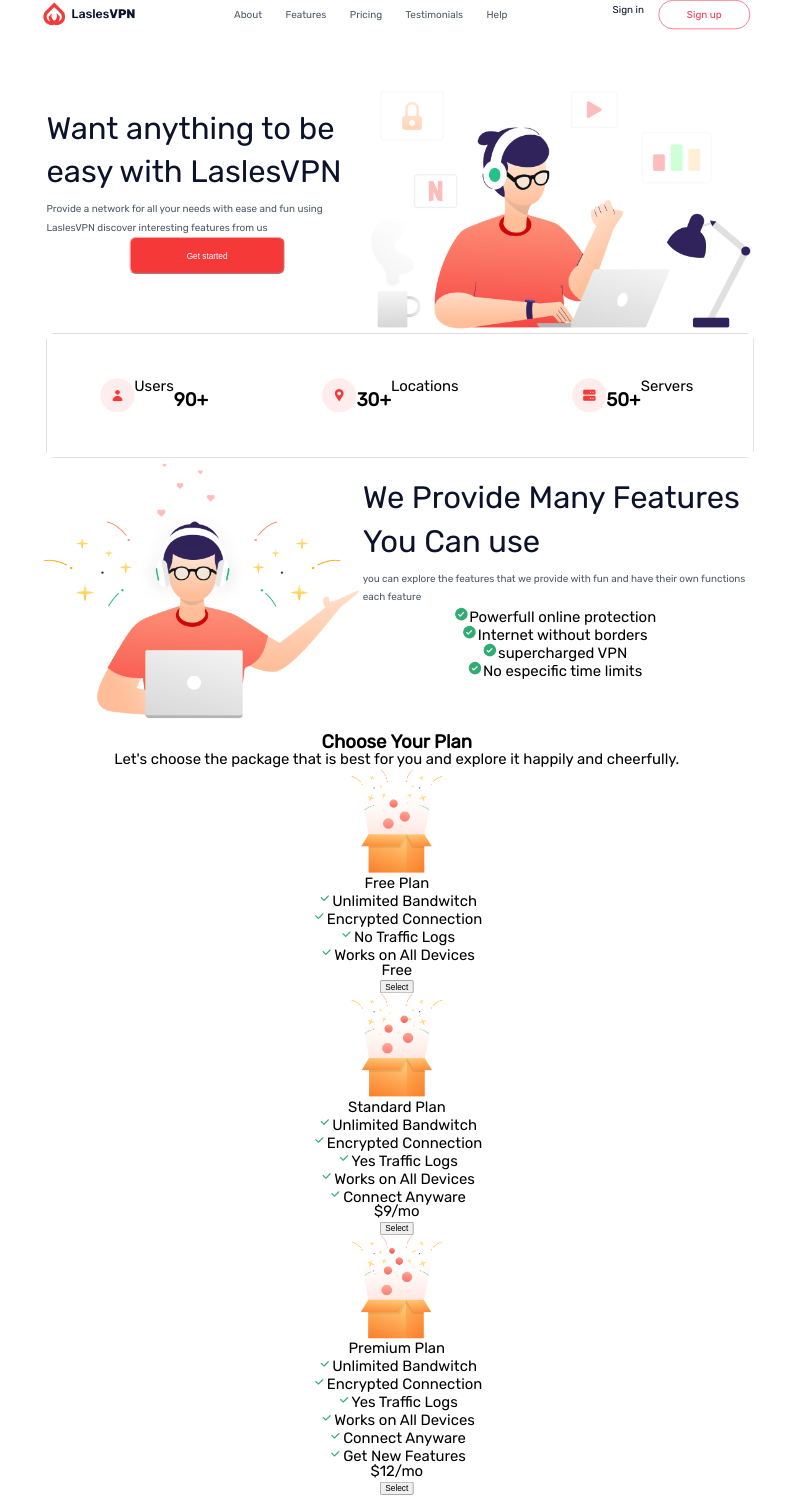
Repository: RaphaelMatheus-br/LP-251123
Page: index.html
These files come from the project's save history. The page is drawn as it stood at one moment and after the next save; the edit follows.
The browser window is 1280 px wide. The pictures show the whole page, at 62% of full size.

Above is the page before, as saved 2023-11-25 16:16:03.

### index.html
<!DOCTYPE html>
<html lang="en">

<head>
    <meta charset="UTF-8">
    <meta name="viewport" content="width=device-width, initial-scale=1.0">
    <title>Document</title>
    <link rel="stylesheet" href="style.css">
    <link rel="preconnect" href="https://fonts.googleapis.com">
<link rel="preconnect" href="https://fonts.gstatic.com" crossorigin>
<link href="https://fonts.googleapis.com/css2?family=Rubik&display=swap" rel="stylesheet">
</head>

<body>

<section class="container">
    <header class="header">
        <div class="logo">
            <img src="./imagens/Logo.png" alt="logo">
        </div>
        <div class="item1">
            <a href="#" class="item">About</a>
	        <a href="#" class="item">Features</a>
	        <a href="#" class="item">Pricing</a>
            <a href="#" class="item">Testimonials</a>
            <a href="#" class="item">Help</a>
        </div>
        <div class="item2">
            <div class="head__botao">
                <button class="botao1">Sign in</a>
            </div>
            <div class="head__botao--2">
                <button class="botao2">Sign up</a>
            </div>
        </div>
    </header>
</section>

<section class="container flex">
    <div class="box1">
        <div class="item">
            <h1 class="sobre__titulo">Want anything to be easy with LaslesVPN</h1>
            <p class="sobre__descricao">Provide a network for all your needs with ease and fun using LaslesVPN discover interesting features from us</p>
            <button class="sobre__botao">Get started</button>
        </div>
        <div class="img">
            <img src="./imagens/Illustration 1.png" alt="ilutracao__1">
        </div>
    </div>
</section>

<section class="container">
    <div class="item">
        <div class="rectangle">
            <div class="icons">
                <div class="user">
                    <img src="./imagens/user.png" alt="user__img">
                    <p class="p__user">Users</p>
                    <h1 class="sobre__user">90+</h1>
                </div>
                <div class="location">
                    <img src="./imagens/location.png" alt="location">
                    <h1 class="sobre__location">30+</h1>
                    <p class="p__location">Locations</p>
                </div>
                <div class="server">
                    <img src="./imagens/Server.png" alt="server">
                    <h1 class="sobre__server">50+</h1>
                    <p class="p__server">Servers</p>
                </div>
            </div>
        </div>
    </div>
</section>

<section class="container flex">
    <div class="box2">
            <div class="img">
                <img src="./imagens/Illustration 2.png" alt="ilutracao__2">
            </div>

            <div class="item">
                <h1 class="sobre__titulo">We Provide Many Features You Can use</h1>
                <p class="sobre__descricao">you can explore the features that we provide with fun and have their own functions each feature</p>
                <ul class="list">
                    <li><img src="./imagens/check.png" alt="check">Powerfull online protection</img></li>
                    <li><img src="./imagens/check.png" alt="check">Internet without borders</img></li>
                    <li><img src="./imagens/check.png" alt="check">supercharged VPN</img></li>
                    <li><img src="./imagens/check.png" alt="check">No especific time limits</img></li>
                </ul>
            </div>
    </div>
</section>

<section class="container flex" class="sessao__tres">
    <div class="item">
        <div class="choose__plan">
            <h1>Choose Your Plan</h1>
            <p>Let's choose the package that is best for you and explore it happily and cheerfully.</p>
        </div>
    </div>
</section>

<section class="container">
    <div class="item">
            <div class="free plan">
                <img src="./imagens/Free.png" alt="free">
                <h3>Free Plan</h3>
                <ul>
                    <li><img src="./imagens/jam_check.png">Unlimited Bandwitch</li>
                    <li><img src="./imagens/jam_check.png">Encrypted Connection</li>
                    <li><img src="./imagens/jam_check.png">No Traffic Logs</li>
                    <li><img src="./imagens/jam_check.png">Works on All Devices</li>
                </ul>
                <h2>Free</h2>
                <button class="price__botao">Select</button>
            </div>

            <div class="Standard plan">
                <img src="./imagens/Standard.png" alt="standard">
                <h3>Standard Plan</h3>
                <ul>
                    <li><img src="./imagens/jam_check.png">Unlimited Bandwitch</li>
                    <li><img src="./imagens/jam_check.png">Encrypted Connection</li>
                    <li><img src="./imagens/jam_check.png">Yes Traffic Logs</li>
                    <li><img src="./imagens/jam_check.png">Works on All Devices</li>
                    <li><img src="./imagens/jam_check.png">Connect Anyware</li>
                </ul>
                <h2>$9/mo</h2>
                <button class="price__botao">Select</button>
            </div>

            <div class="Premium plan">
                <img src="./imagens/Premium.png" alt="premium">
                <h3>Premium Plan</h3>
                <ul>
                    <li><img src="./imagens/jam_check.png">Unlimited Bandwitch</li>
                    <li><img src="./imagens/jam_check.png">Encrypted Connection</li>
                    <li><img src="./imagens/jam_check.png">Yes Traffic Logs</li>
                    <li><img src="./imagens/jam_check.png">Works on All Devices</li>
                    <li><img src="./imagens/jam_check.png">Connect Anyware</li>
                    <li><img src="./imagens/jam_check.png">Get New Features</li>
                </ul>
                <h2>$12/mo</h2>
                <button class="price__botao">Select</button>
            </div>
    </div>
</section>

</body>
</html>

### style.css
html, body, div, span, applet, object, iframe,
h1, h2, h3, h4, h5, h6, p, blockquote, pre,
a, abbr, acronym, address, big, cite, code,
del, dfn, em, img, ins, kbd, q, s, samp,
small, strike, strong, sub, sup, tt, var,
b, u, i, center,
dl, dt, dd, ol, ul, li,
fieldset, form, label, legend,
table, caption, tbody, tfoot, thead, tr, th, td,
article, aside, canvas, details, embed,
figure, figcaption, footer, header, hgroup,
menu, nav, output, ruby, section, summary,
time, mark, audio, video {
	margin: 0;
	padding: 0;
	border: 0;
	font-size: 100%;
	font: inherit;
	vertical-align: baseline;
    background: white;
}
/* HTML5 display-role reset for older browsers */
article, aside, details, figcaption, figure,
footer, header, hgroup, menu, nav, section {
	display: block;
}
body {
	line-height: 1;
}

ol, ul {
	list-style: none;
}
blockquote, q {
	quotes: none;
}
blockquote:before, blockquote:after,
q:before, q:after {
	content: '';
	content: none;
}
table {
	border-collapse: collapse;
	border-spacing: 0;
}

.container {
    max-width: 1140px;
    margin: 0 auto;
    position: relative;
}

.header {
    display: flex;
    justify-content: space-between;
    align-items: center;
    width: 100%;
}
/* Flex Item */
.item {
	margin: 5px;
	text-align: center;
	font-size: 1.5em;
    font-family: Rubik;
}

.item1 {
    display:flex;
    align-items: center;
    justify-content: space-between;
    max-width: 451px;
    width: 100%;
}

.item1 a{
    color: #4F5665;
    font-family: Rubik;
    font-size: 16px;
    font-style: normal;
    font-weight: 400;
    line-height: normal;
    text-decoration: none;
}

.item2 {
display: flex;
justify-content: space-between;
max-width: 233px;
width: 100%;
}

.botao1 {
    color: #0B132A;
    font-family: Rubik;
    font-size: 16px;
    font-style: normal;
    font-weight: 500;
    line-height: normal;
    background-color: transparent;
    border: none;
}

.botao2{
    color: #F53855;
    font-family: Rubik;
    font-size: 16px;
    font-style: normal;
    font-weight: 500;
    line-height: normal;
    padding: 13px 45px;
    border-radius: 50px;
    border: 1px solid #F53855;
    background-color: transparent;
}

.head__botao {
    margin: 5px;
	text-align: center;
	font-size: 0.8em;
    font-weight: 700;
}

.head__botao a {
    color: #4F5665;
    font-family: Rubik;
    font-size: 16px;
    font-style: normal;
    font-weight: 400;
    line-height: normal;
    text-decoration: none;
}

h1 {
	text-align: center;
	margin: 20px 0 0 0;
	font-size: 1.25em;
	font-weight: 700;
}

.box1 {
    display: flex;
    margin-top: 100px;
}

.box2 {
    display: flex;
}

.sobre__titulo {
    font-weight: 700;
    color: #0B132A;
    font-family: Rubik;
    font-size: 50px;
    font-style: normal;
    font-weight: 500;
    line-height: 70px;
    text-align: left;
}

.sobre__descricao {
    color: #4F5665;
    font-family: Rubik;
    font-size: 16px;
    font-style: normal;
    font-weight: 400;
    line-height: 30px; /* 187.5% */
    text-align: left;
    margin-top: 10px;
}

.sobre__botao {
width: 250px;
height: 60px;
flex-shrink: 0;
border-radius: 10px;
border-color: rgba(255, 193, 193, 0.842);
background: #F53838;
color: white;
}

.rectangle {
display: flex;
width: 1140px;
height: 200px;
flex-shrink: 0;
border-radius: 10px;
background: gray;
border-color: white;
justify-content: space-between;
}

.icons {
width: 100%;
height: 100%;
flex-shrink: 0;
display: flex;
align-items: center;
position: absolute;
max-width: 100%;
justify-content: space-around;
background-color: none;
}

.user {
display: flex;;
margin-right: 20px;
margin-left: 10px;
}

.location {
display: flex;;
margin-right: 20px;
margin-left: 10px;
}

.server {
display: flex;;
margin-right: 20px;
margin-left: 10px;
}

.item__dois {
    flex-direction: row-reverse;
}

.sessao__tres{
    background-color: grey;
    align-content: center;
    padding-top: 50px;
}

.box3 {
    display: flex;
    background-color: red;
}

After the next save:
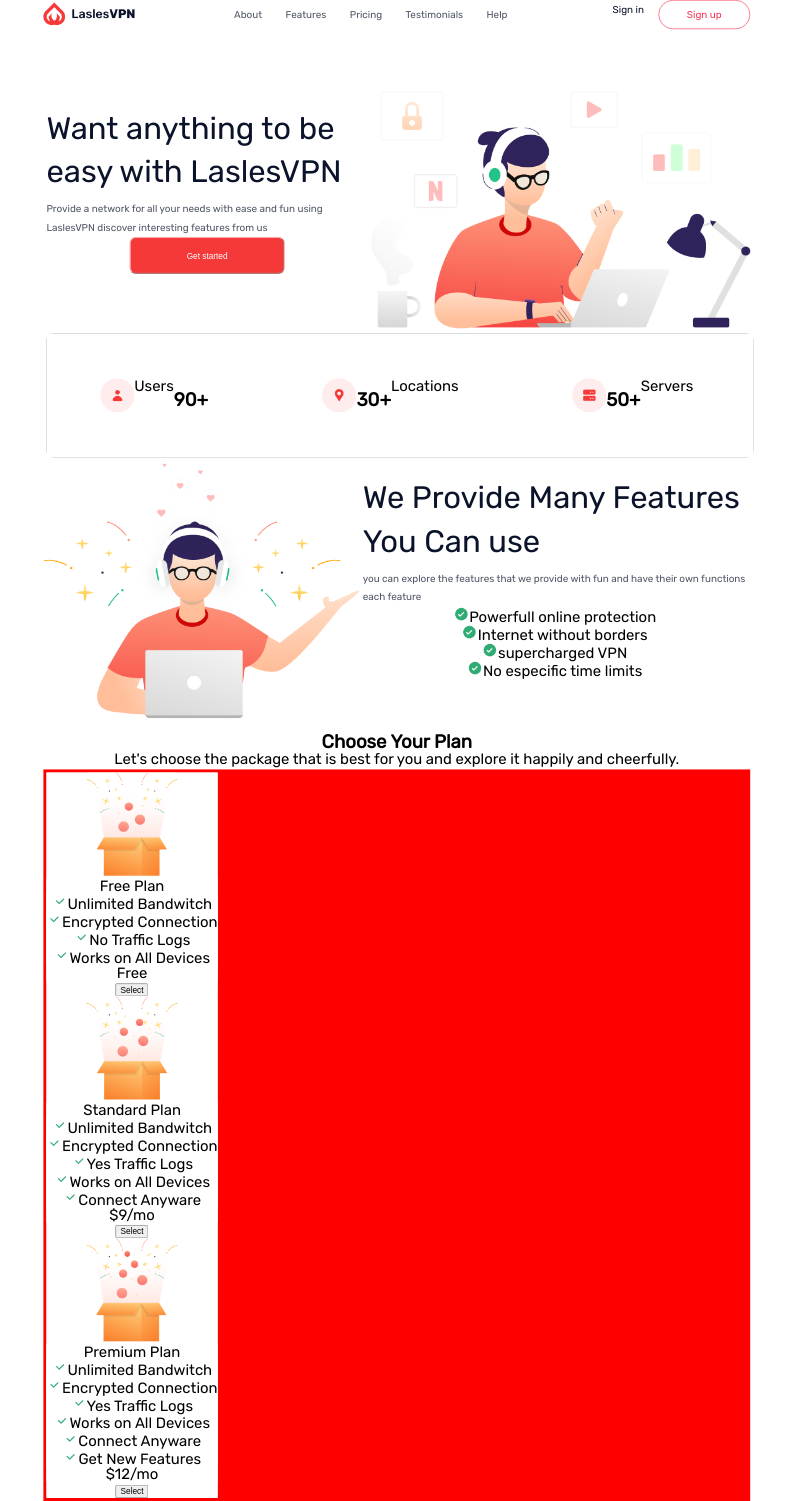
Saved 41 s later.
--- a/index.html
+++ b/index.html
@@ -102,48 +102,50 @@
 </section>
 
 <section class="container">
-    <div class="item">
-            <div class="free plan">
-                <img src="./imagens/Free.png" alt="free">
-                <h3>Free Plan</h3>
-                <ul>
-                    <li><img src="./imagens/jam_check.png">Unlimited Bandwitch</li>
-                    <li><img src="./imagens/jam_check.png">Encrypted Connection</li>
-                    <li><img src="./imagens/jam_check.png">No Traffic Logs</li>
-                    <li><img src="./imagens/jam_check.png">Works on All Devices</li>
-                </ul>
-                <h2>Free</h2>
-                <button class="price__botao">Select</button>
-            </div>
+    <div class="box3">
+        <div class="item">
+                <div class="free plan">
+                    <img src="./imagens/Free.png" alt="free">
+                    <h3>Free Plan</h3>
+                    <ul>
+                        <li><img src="./imagens/jam_check.png">Unlimited Bandwitch</li>
+                        <li><img src="./imagens/jam_check.png">Encrypted Connection</li>
+                        <li><img src="./imagens/jam_check.png">No Traffic Logs</li>
+                        <li><img src="./imagens/jam_check.png">Works on All Devices</li>
+                    </ul>
+                    <h2>Free</h2>
+                    <button class="price__botao">Select</button>
+                </div>
 
-            <div class="Standard plan">
-                <img src="./imagens/Standard.png" alt="standard">
-                <h3>Standard Plan</h3>
-                <ul>
-                    <li><img src="./imagens/jam_check.png">Unlimited Bandwitch</li>
-                    <li><img src="./imagens/jam_check.png">Encrypted Connection</li>
-                    <li><img src="./imagens/jam_check.png">Yes Traffic Logs</li>
-                    <li><img src="./imagens/jam_check.png">Works on All Devices</li>
-                    <li><img src="./imagens/jam_check.png">Connect Anyware</li>
-                </ul>
-                <h2>$9/mo</h2>
-                <button class="price__botao">Select</button>
-            </div>
+                <div class="Standard plan">
+                    <img src="./imagens/Standard.png" alt="standard">
+                    <h3>Standard Plan</h3>
+                    <ul>
+                        <li><img src="./imagens/jam_check.png">Unlimited Bandwitch</li>
+                        <li><img src="./imagens/jam_check.png">Encrypted Connection</li>
+                        <li><img src="./imagens/jam_check.png">Yes Traffic Logs</li>
+                        <li><img src="./imagens/jam_check.png">Works on All Devices</li>
+                        <li><img src="./imagens/jam_check.png">Connect Anyware</li>
+                    </ul>
+                    <h2>$9/mo</h2>
+                    <button class="price__botao">Select</button>
+                </div>
 
-            <div class="Premium plan">
-                <img src="./imagens/Premium.png" alt="premium">
-                <h3>Premium Plan</h3>
-                <ul>
-                    <li><img src="./imagens/jam_check.png">Unlimited Bandwitch</li>
-                    <li><img src="./imagens/jam_check.png">Encrypted Connection</li>
-                    <li><img src="./imagens/jam_check.png">Yes Traffic Logs</li>
-                    <li><img src="./imagens/jam_check.png">Works on All Devices</li>
-                    <li><img src="./imagens/jam_check.png">Connect Anyware</li>
-                    <li><img src="./imagens/jam_check.png">Get New Features</li>
-                </ul>
-                <h2>$12/mo</h2>
-                <button class="price__botao">Select</button>
-            </div>
+                <div class="Premium plan">
+                    <img src="./imagens/Premium.png" alt="premium">
+                    <h3>Premium Plan</h3>
+                    <ul>
+                        <li><img src="./imagens/jam_check.png">Unlimited Bandwitch</li>
+                        <li><img src="./imagens/jam_check.png">Encrypted Connection</li>
+                        <li><img src="./imagens/jam_check.png">Yes Traffic Logs</li>
+                        <li><img src="./imagens/jam_check.png">Works on All Devices</li>
+                        <li><img src="./imagens/jam_check.png">Connect Anyware</li>
+                        <li><img src="./imagens/jam_check.png">Get New Features</li>
+                    </ul>
+                    <h2>$12/mo</h2>
+                    <button class="price__botao">Select</button>
+                </div>
+        </div>
     </div>
 </section>
 
